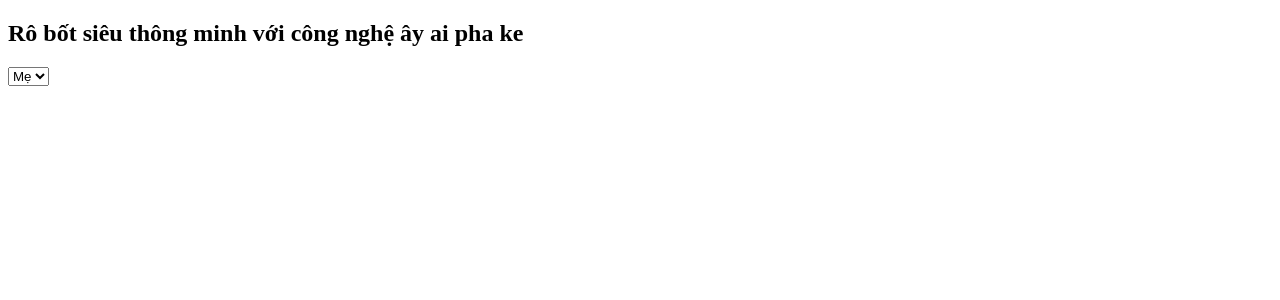
Repository: dovanthao2404/BC14_BaiTap_JS_Buoi_4_dovanthao
Page: html/bai2.html
These files come from the project's save history. The page is drawn as it stood at one moment and after the next save; the edit follows.
The browser window is 1280 px wide. The pictures show the whole page.

Above is the page before, as saved 2021-07-02 23:39:42.

### html/bai2.html
<!DOCTYPE html>
<html lang="en">

<head>
  <meta charset="UTF-8">
  <meta http-equiv="X-UA-Compatible" content="IE=edge">
  <meta name="viewport" content="width=device-width, initial-scale=1.0">
  <title>Document</title>
</head>

<body>
  <div class="container">
    <div class="w-50 mx-auto">
      <h2>Rô bốt siêu thông minh với công nghệ ây ai pha ke</h2>
      <div class="fom-group">
        <select id="">
          <option selected>Bố</option>
          <option selected>Mẹ</option>
        </select>
      </div>
    </div>
  </div>
</body>

</html>

After the next save:
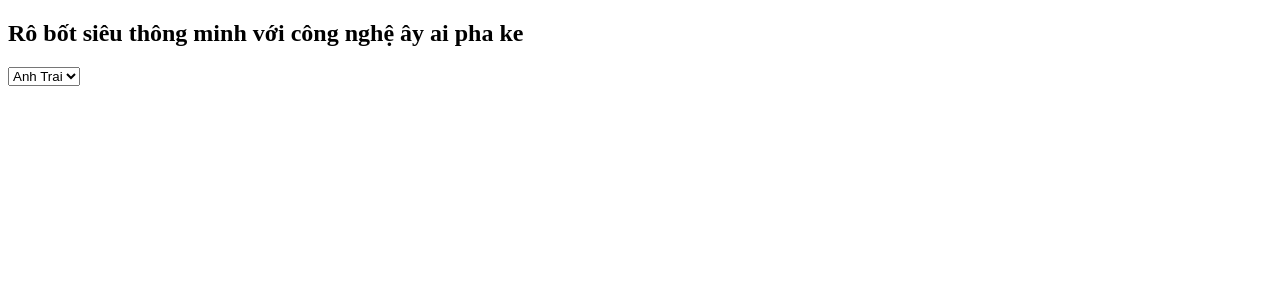
Saved 11 s later.
--- a/html/bai2.html
+++ b/html/bai2.html
@@ -16,6 +16,8 @@
         <select id="">
           <option selected>Bố</option>
           <option selected>Mẹ</option>
+          <option selected>Anh Trai</option>
+
         </select>
       </div>
     </div>
